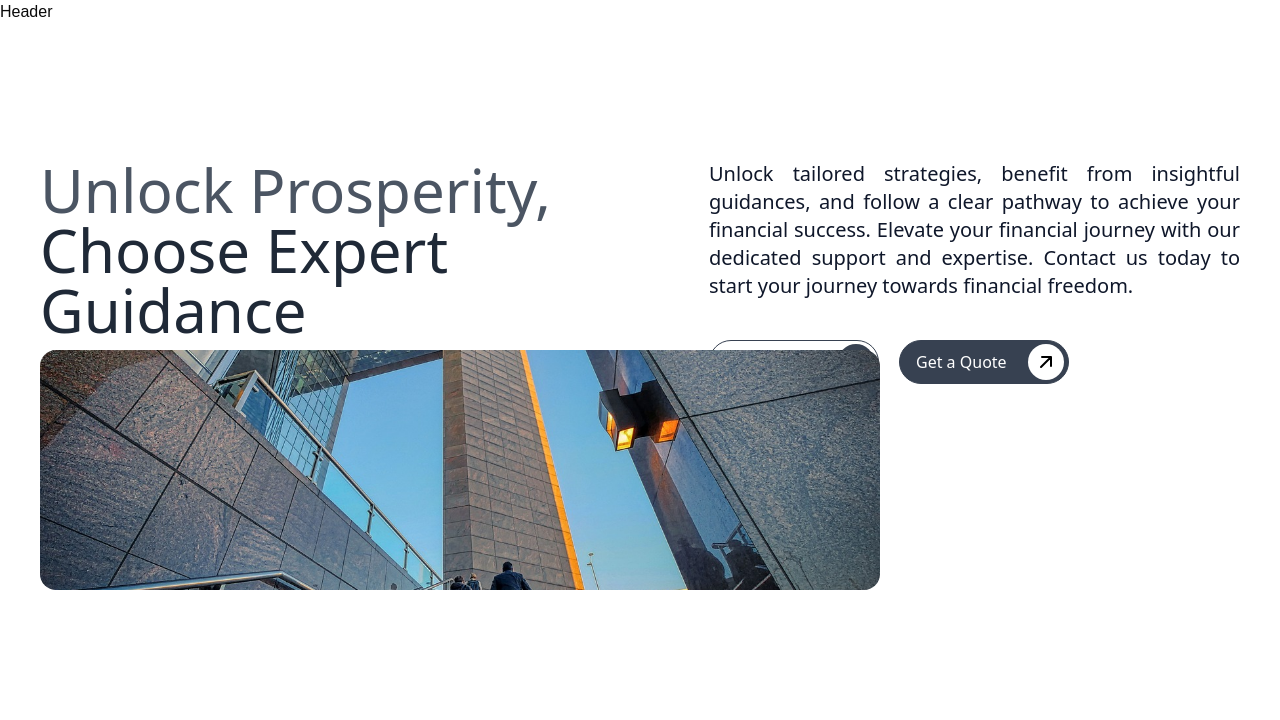
Repository: vespersolutionspk18/integrast-website
Page: /
The author's editor kept a copy of each file at every save. The page is drawn from the files as they stood at one save, then again after the next save.
The browser window is 1280 px wide. The pictures show the whole page.
The project was rebuilt for these pictures with package versions that can differ from the ones it lists, and the page was loaded fresh each time. The framework's server and built-in components were replaced by stand-ins that run in the browser. Also part of the build but not shown: next.config.ts.

Above is the page before, as saved 2024-12-09 15:05:43.

After the next save:
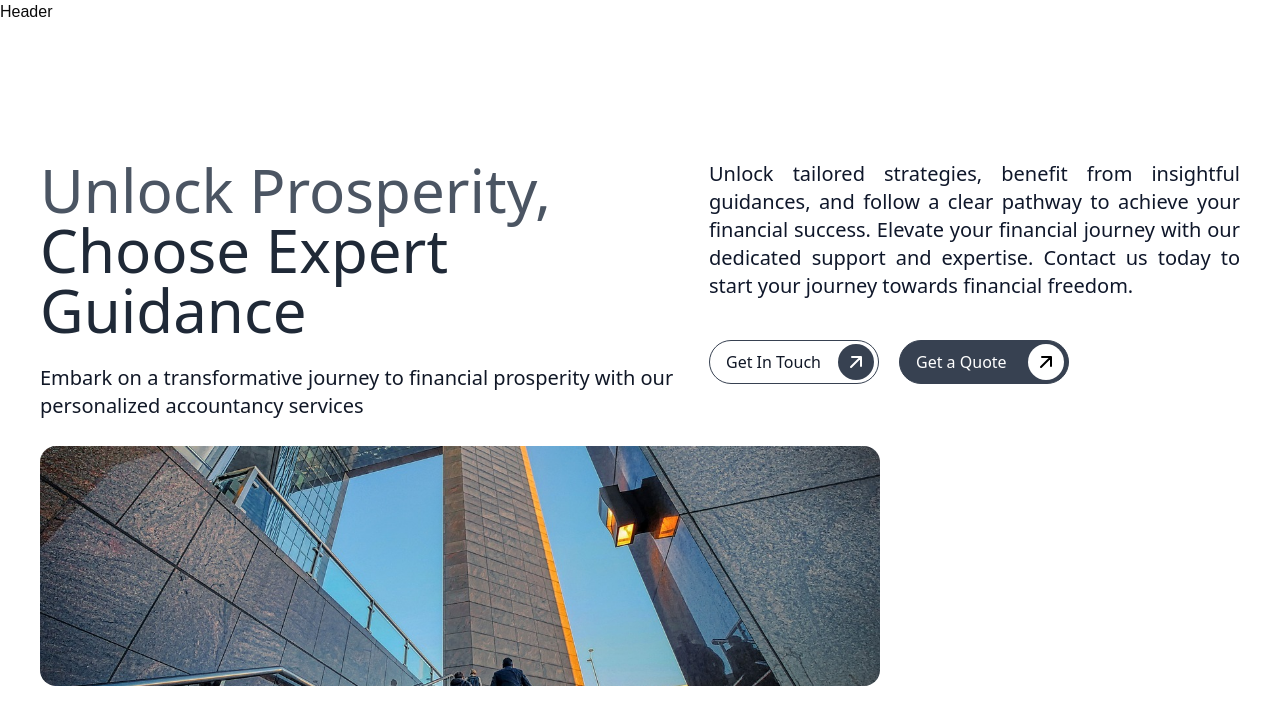
Saved 12 s later.
--- a/app/Hero.tsx
+++ b/app/Hero.tsx
@@ -40,7 +40,7 @@ const Hero = () => {
         </div>
 
 
-        <div className="flex flex-row h-[240px] gap-3">
+        <div className="flex flex-row h-[240px] gap-3 mt-24">
             <div className="w-[70%] rounded-2xl bg-cover bg-center" style={{backgroundImage: `url('/assets/heroimage1.jpg')`}}></div>
         </div>
     </div>
